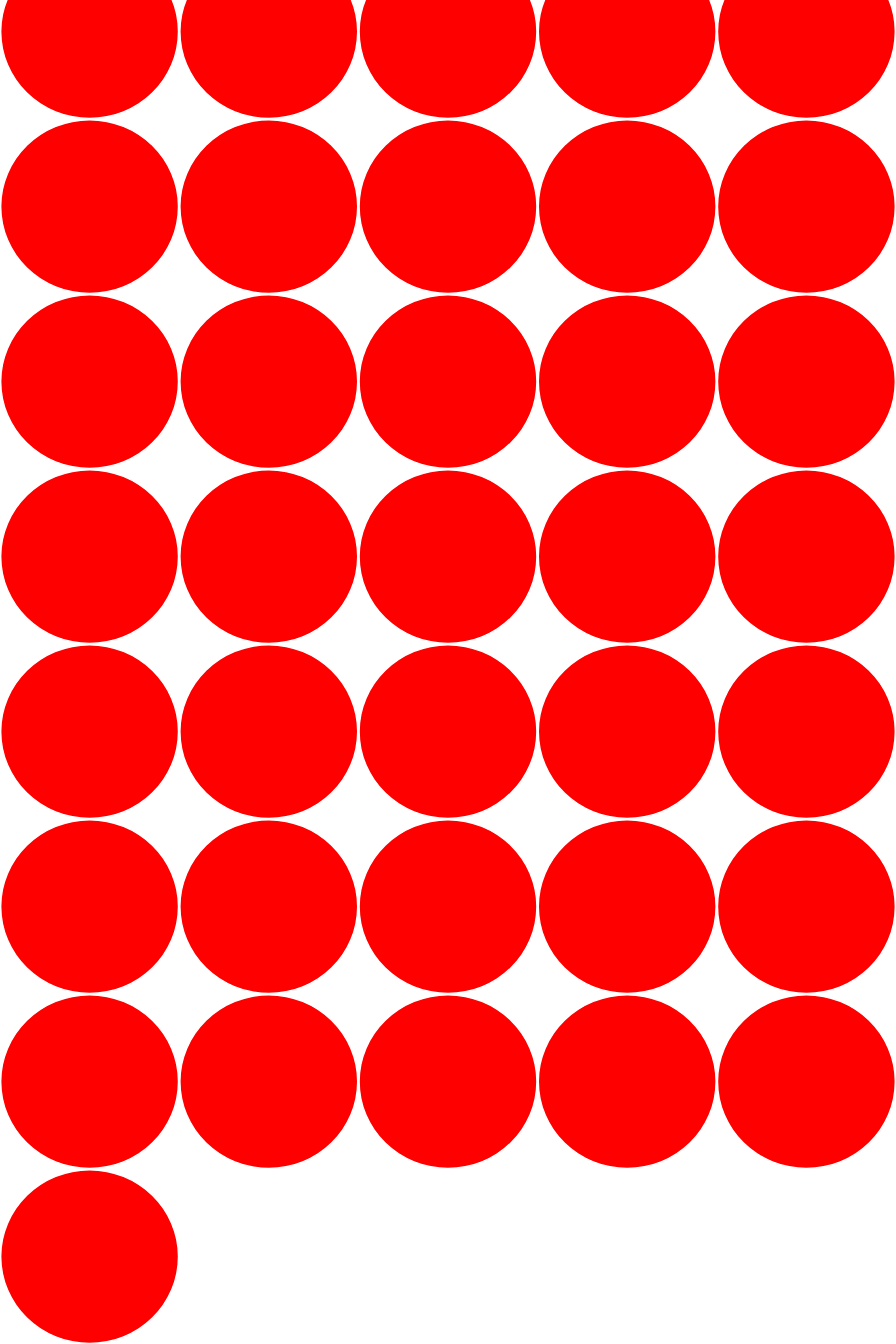
Repository: rahulgithub-web/randomColorGenerator
Page: index.html
The author's editor kept a copy of each file at every save. The page is drawn from the files as they stood at one save, then again after the next save.
The browser window is 1280 px wide. The pictures show the part of the page from y = 3423 to 5343 px (the page is 5343 px tall before and 5093 px after), at 70% of full size.

Above is the page before, as saved 2021-03-31 13:11:29.

### index.html
<!DOCTYPE html>
<html lang="en">
<head>
    <meta charset="UTF-8">
    <meta http-equiv="X-UA-Compatible" content="IE=edge">
    <meta name="viewport" content="width=device-width, initial-scale=1.0">
    <link rel="stylesheet" href="style.css">
    <title>Random Color Generator</title>
</head>
<body>
    <button class="btn" onclick="addColor();">Refresh</button>
    <section class="container"></section>

    <script>
        for(let i=0; i <=100; i++)
        {
            const box = document.createElement('div');
            box.classList.add('box');
            document.querySelector('.container').appendChild(box);
        }
            const btn = document.querySelector('.btn');
            const randomColorBlock = document.querySelectorAll('.box');

            function RandomHexColorCode()
            {
                var chars = "0123456789abcdef";
                var colorLength = 6;
                var Color = "";

                for(var i=0; i<colorLength; i++){
                    var randomColor = Math.floor(Math.random() * chars.length);
                    Color += chars.substring(randomColor,randomColor+1);
                }
                return "#"+Color;
            }

            function addColor(){
                randomColorBlock.forEach(e =>{
                    var newColor = RandomHexColorCode();
                    e.style.backgroundColor = newColor;
                    e.innerHTML = newColor;
                })
            }

    </script>
</body>
</html>

### style.css
*
{
    margin: 0;
    padding: 0;
    box-sizing: border-box;
    font-family: consolas;
}

.btn
{
    background: none;
    color: #111;
    padding: 15px 60px;
    font-size: 1em;
    margin: 20px auto;
    max-width: 200px;
    outline: none;
    display: block;
    border: 2px solid #111;
    cursor: pointer;
    border-radius: 25px;
}

.btn:hover
{
    background-color: royalblue;
    cursor: pointer;
    color: #111;
}

.container
{
    display: flex;
    flex-wrap: wrap;
}

.box
{
    width: 20%;
    height: 250px;
    display: flex;
    justify-content: center;
    align-items: center;
    background: #f00;
    border: 2px solid #fff;
    color: #fff;
    font-size: 1.5em;
    text-shadow: 1px 1px 2px rgba(0, 0, 0, 0.2);
    border-radius: 50%;
}

After the next save:
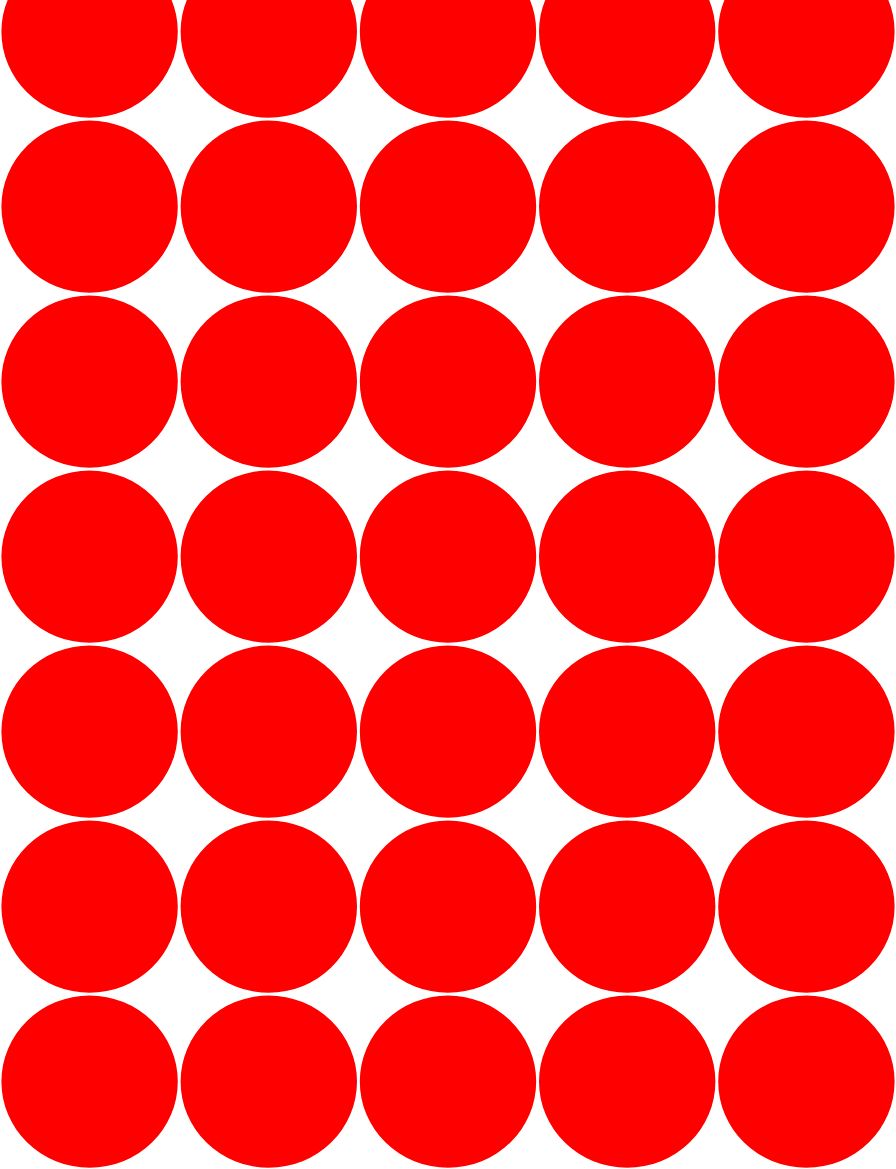
Saved 95 days later.
--- a/index.html
+++ b/index.html
@@ -12,7 +12,7 @@
     <section class="container"></section>
 
     <script>
-        for(let i=0; i <=100; i++)
+        for(let i=0; i <=99; i++)
         {
             const box = document.createElement('div');
             box.classList.add('box');
